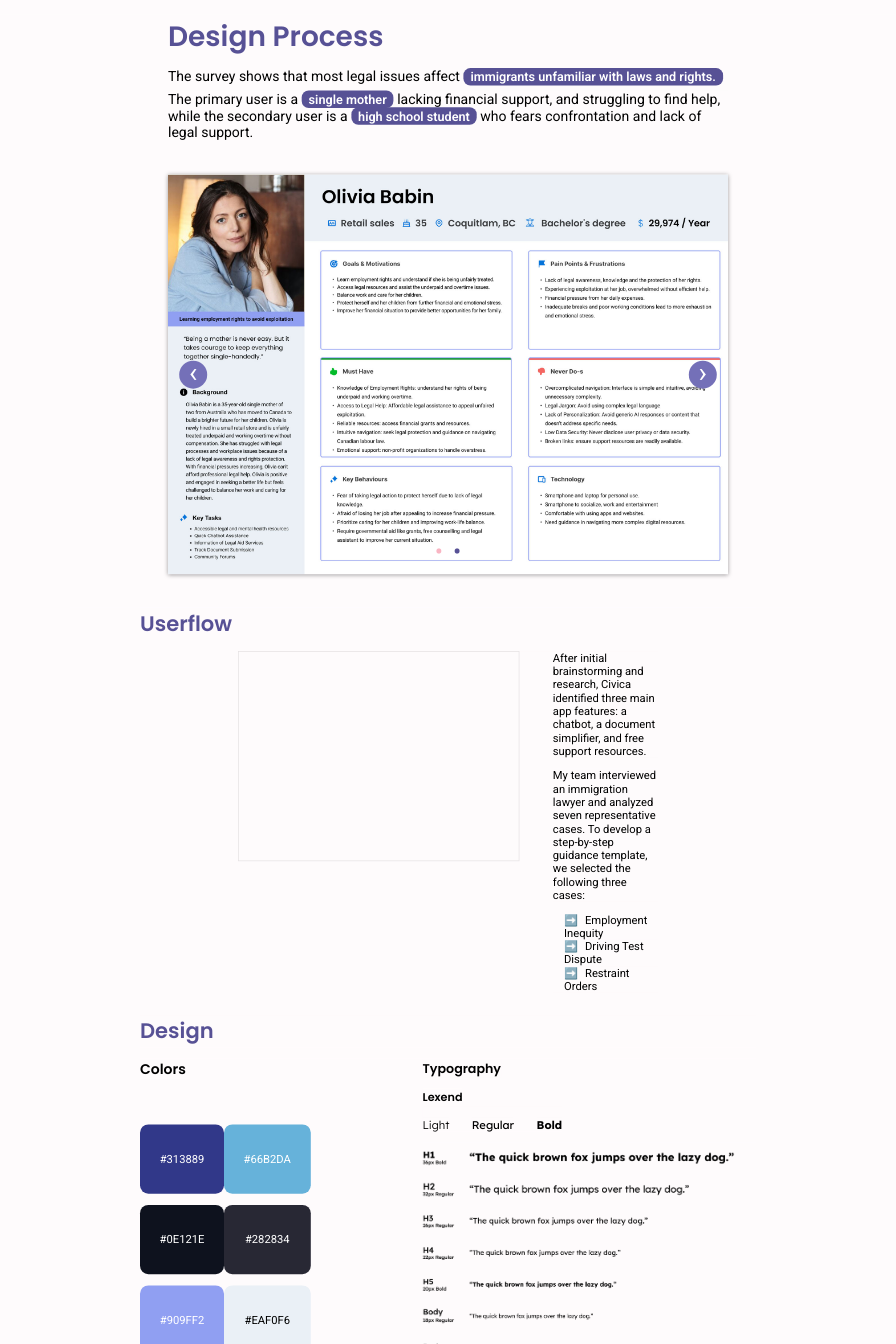
Repository: SamanthaYan298/Samantha-Portfolio
Page: civica.html
The author's editor kept a copy of each file at every save. The page is drawn from the files as they stood at one save, then again after the next save.
The browser window is 1280 px wide. The pictures show the part of the page from y = 2935 to 4855 px (the page is 11922 px tall before and 14738 px after), at 70% of full size.
Pictures or frames that could not be fetched are drawn as grey boxes. A picture or video elsewhere on the page could not be fetched, so the positions and the page height are approximate.

Above is the page before, as saved 2025-02-09 19:03:52.
Console error: TypeError: Cannot read properties of null (reading 'addEventListener')

After the next save:
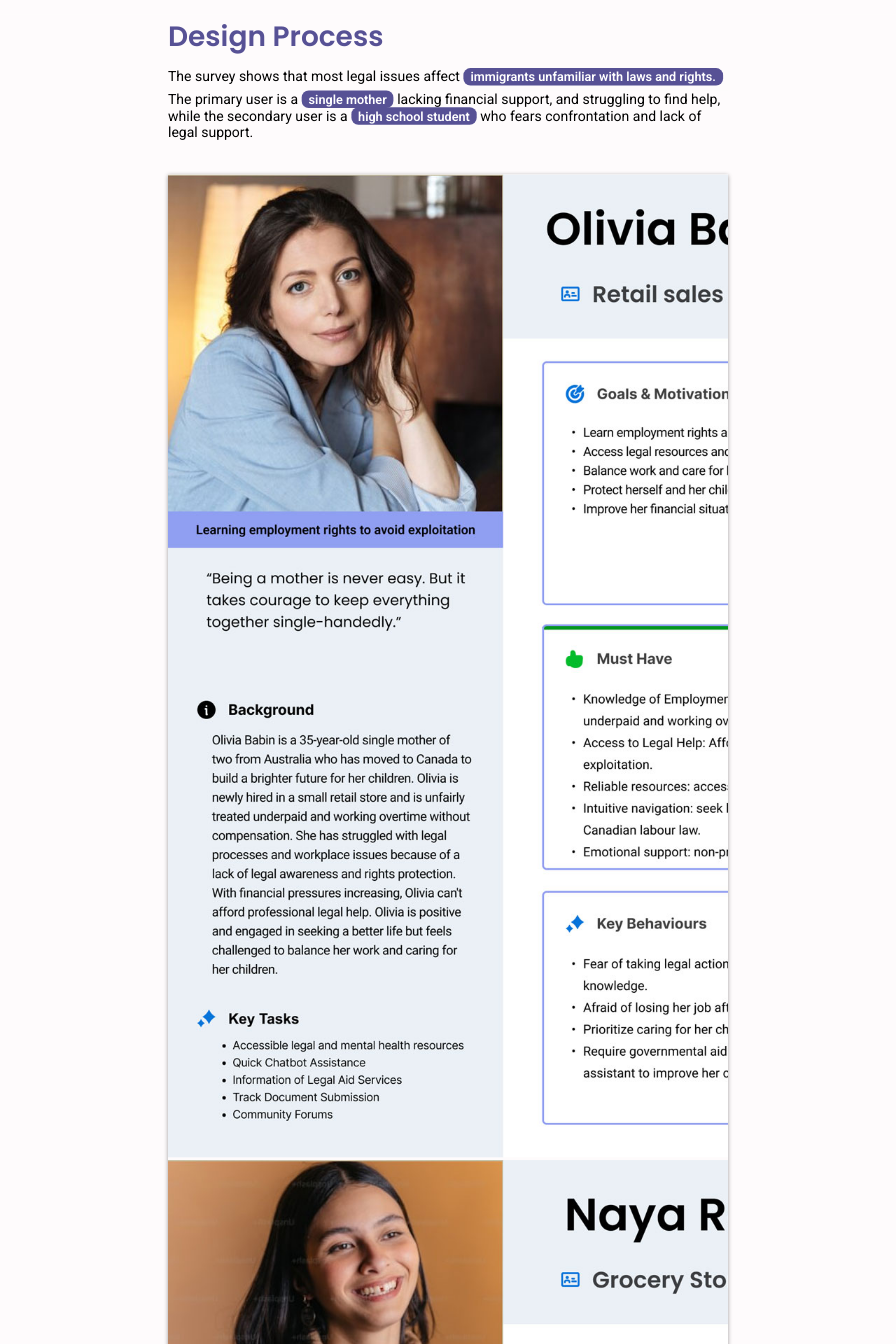
Saved 84 s later.
--- a/civica.html
+++ b/civica.html
@@ -222,6 +222,8 @@
 
         <div class="carousel">
             <div class="carousel-inner">
+                <img class="persona_mobile" src="./images/civica_images/primary_persona.jpg">
+                <img class="persona_mobile" src="./images/civica_images/secondary_persona.jpg">
                 <input class="carousel-open" type="radio" id="carousel-1" name="carousel" aria-hidden="true" hidden="" checked="checked">
                 <div class="carousel-item">
                     <img src="./images/civica_images/primary_persona.jpg">
